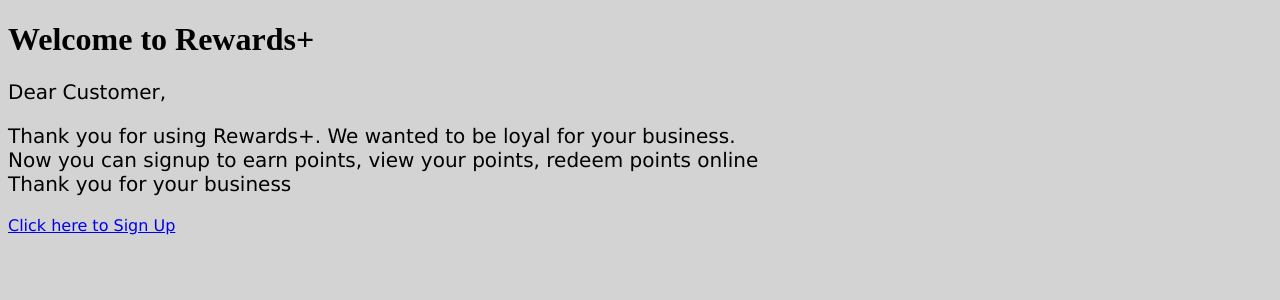
Repository: ahpraveen/springbootdemo
Page: demo/src/main/resources/static/home.html
An editor plug-in stored every save of this project. The page is shown before and after the next save, followed by the edit.
The browser window is 1280 px wide. The pictures show the whole page.

Above is the page before, as saved 2018-01-22 00:21:41.

After the next save:
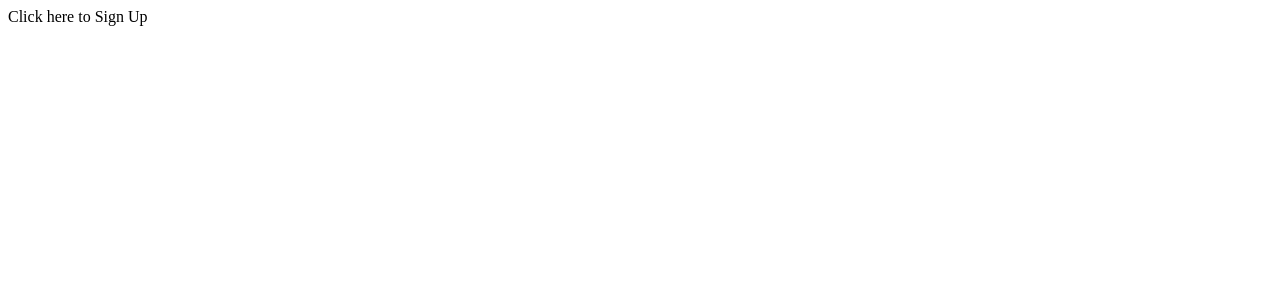
Saved 2 min 5 s later.
--- a/demo/src/main/resources/static/home.html
+++ b/demo/src/main/resources/static/home.html
@@ -1,7 +1,7 @@
 <!DOCTYPE html>
 <html lang="en-US">
 <head>
-<meta charset="UTF-8">
+<meta charset="UTF-8" name="viewport" content="width=device-width, initial-scale=1.0 >
 <title>Home - Rewards+</title>
 <style>
 body{

After the save that followed:
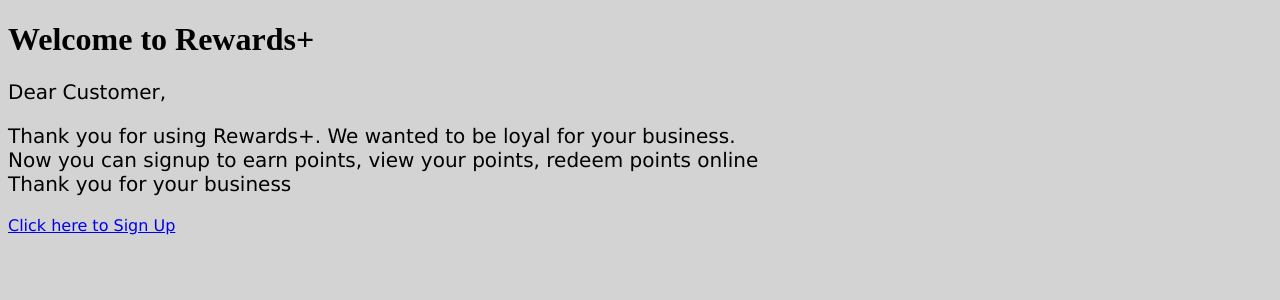
Saved 32 s later.
--- a/demo/src/main/resources/static/home.html
+++ b/demo/src/main/resources/static/home.html
@@ -1,7 +1,7 @@
 <!DOCTYPE html>
 <html lang="en-US">
 <head>
-<meta charset="UTF-8" name="viewport" content="width=device-width, initial-scale=1.0 >
+<meta charset="UTF-8" name="viewport" content="width=device-width, initial-scale=1.0" >
 <title>Home - Rewards+</title>
 <style>
 body{
